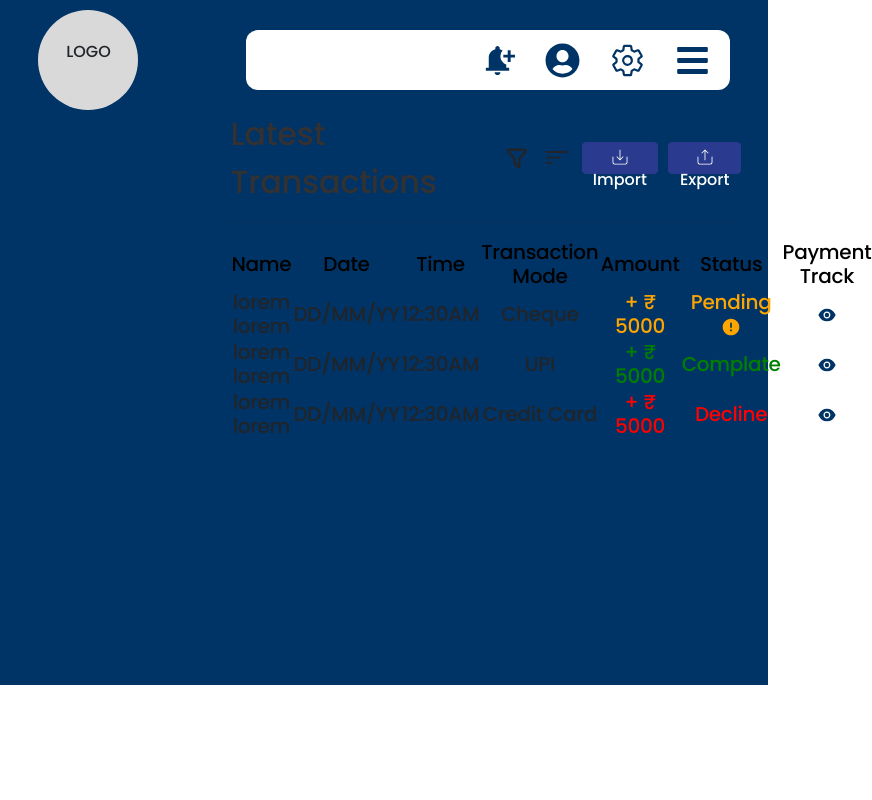
Repository: FlyweisReact/Prashant
Page: /dashboard
These files come from the project's save history. The page is drawn as it stood at one moment and after the next save; the edit follows.
The browser window is 768 px wide. The page is 872 px wide, so the pictures cover 872 px, including what lies to the right of the window. The pictures show the whole page.
Some web libraries are served in a nearby version. The project was rebuilt for these pictures with package versions that can differ from the ones it lists, and the page was loaded fresh each time. Also part of the build but not shown: src/Pages/CryptoPayment.jsx, src/Pages/CurrentCharge.jsx, src/Styles/Login.module.css, src/Components/Login/LoginFirstSection.jsx, src/Components/Login/LoginMainSection.jsx, src/Pages/Login.jsx, src/Pages/MatureFund.jsx, src/Pages/OpenBanking.jsx and 12 more.

Above is the page before, as saved 2023-03-23 18:29:42.

### public/index.html
<!DOCTYPE html>
<html lang="en">
  <head>
    <meta charset="utf-8" />
    <link rel="icon" href="%PUBLIC_URL%/favicon.ico" />
    <meta name="viewport" content="width=device-width, initial-scale=1" />
    <meta name="theme-color" content="#000000" />
    <meta
      name="description"
      content="Web site created using create-react-app"
    />
    <link rel="apple-touch-icon" href="%PUBLIC_URL%/logo192.png" />
    <link rel="manifest" href="%PUBLIC_URL%/manifest.json" />
    <title>React App</title>
  </head>
  <body>
    <noscript>You need to enable JavaScript to run this app.</noscript>
    <div id="root"></div>
  </body>
  <style>
    @import url("https://fonts.googleapis.com/css2?family=Lilita+One&family=PT+Sans&family=Poppins:wght@500&display=swap");
  </style>
  <script src="https://kit.fontawesome.com/b533b351e4.js" crossorigin="anonymous"></script>
</html>

### src/Routes/AllRoutes.jsx
import React from "react";
import { Route, Routes } from "react-router-dom";
import { CryptoPayment } from "../Pages/CryptoPayment";
import { CurrentCharge } from "../Pages/CurrentCharge";
import { Dashboard } from "../Pages/Dashboard";
import { Login } from "../Pages/Login";
import { MatureFund } from "../Pages/MatureFund";
import { OpenBanking } from "../Pages/OpenBanking";
import { OtpPage } from "../Pages/OtpPage";
import { Profile } from "../Pages/Profile";
import { RefundRequest } from "../Pages/RefundRequest";
import { Register } from "../Pages/Register";
import { RegisterTwo } from "../Pages/RegisterTwo";
import { RollingReserve } from "../Pages/RollingReserve";

export const AllRoutes = () => {
  return (
    <Routes>
      <Route path="/" element={<Login />} />
      <Route path="/verify-otp" element={<OtpPage />} />
      <Route path="/dashboard" element={<Dashboard />} />
      <Route path="/register" element={<Register />} />
      <Route path="/detail-register" element={<RegisterTwo />} />
      <Route path="/profile" element={<Profile />} />
      <Route path="/rolling-reserve" element={<RollingReserve />} />
      <Route path="/mature-fund" element={<MatureFund />} />
      <Route path="/refund-request" element={<RefundRequest />} />
      <Route path="/current-charge" element={<CurrentCharge />} />
      <Route path="open-banking-service" element={<OpenBanking />} />
      <Route path="/crypto-payment-proccessing" element={<CryptoPayment />} />
    </Routes>
  );
};

### src/Components/SideBar.jsx
import React from "react";
import { AiFillHome } from "react-icons/ai";
import { Link, useLocation } from "react-router-dom";
import styles from "../Styles/SideBar.module.css";
export const SideBar = () => {
  const { pathname } = useLocation();
  return (
    <div className={styles.SideBarMain}>
      <h1>Welcome Back</h1>
      <div>
        <div>
          <img
            src="https://th.bing.com/th/id/OIP.2i5UaEHaQM3PYAYXQyM1AAAAAA?pid=ImgDet&rs=1"
            alt="img"
          />
          <h1>Pooja Sharma</h1>
          <p>ID:#202031232</p>
          <div className={styles.TotalBudgetDiv}>
            <h1>&#x20b9;</h1>
            <h1>10000</h1>
          </div>
          <p>Monthly Budget</p>
        </div>
      </div>
      <div className={styles.LinkBox}>
        <Link to={"/dashboard"}>
          <div
            className={
              pathname === "/dashboard" ? styles.active : styles.unactive
            }
          >
            <AiFillHome size={25} />
            <p>Dashboard</p>
          </div>
        </Link>
        <Link to={"/rolling-reserve"}>
          <div
            className={
              pathname === "/rolling-reserve" ? styles.active : styles.unactive
            }
          >
            <p>Rolling Reserve</p>
          </div>
        </Link>
        <Link to={"/mature-fund"}>
          <div
            className={
              pathname === "/mature-fund" ? styles.active : styles.unactive
            }
          >
            <p>Mature Funds</p>
          </div>
        </Link>
        <Link to={"/refund-request"}>
          <div
            className={
              pathname === "/refund-request" ? styles.active : styles.unactive
            }
          >
            <p>Refund Request</p>
          </div>
        </Link>
        <Link to={"/current-charge"}>
          <div
            className={
              pathname === "/current-charge" ? styles.active : styles.unactive
            }
          >
            <p>Current Charge Back</p>
          </div>
        </Link>
      </div>
    </div>
  );
};

### src/Components/TotalAmountSection.jsx
import React from "react";
import styles from "../Styles/TotalAmountSection.module.css";
export const TotalAmountSection = () => {
  return (
    <div className={styles.MainDiv}>
      <h1>Total Processed Amount:</h1>
      <div className={styles.TotalBudgetDiv}>
        <h1>&#x20b9;</h1>
        <h1>10000</h1>
      </div>
      <h1>Last Settlement Date & Amount</h1>
      <div className={styles.DateSection}>
        <div>
          <p>DD/MM/YYYY</p>
          <h2>&#x20b9;{20000}</h2>
        </div>
      </div>
    </div>
  );
};

### src/Styles/Dashboard.module.css
/** @format */

.Main {
  width: 100%;
  height: 685px;
  background: #003466;
  position: relative;
}
.topDiv {
  width: 90%;
  margin: auto;
}
.logoSection {
  width: 100%;
  display: flex;
  align-items: center;
  justify-content: space-between;
}
.Logo {
  display: flex;
  cursor: pointer;
  justify-content: center;
  align-items: center;
  width: 135px;
  height: 135px;
  margin-top: 63px;
  background: #d9d9d9;
  border-radius: 50%;
}

.InfoPanel {
  margin-top: 63px;
  width: 85%;
  height: 129px;
  background: #ffffff;
  border-radius: 12px;
  display: flex;
  justify-content: flex-end;
  align-items: center;
}
.InfoPanel > div {
  display: flex;
  gap: 30px;
  margin: 20px;
}
.TotalAmountMainDiv {
  width: 100%;
  height: 500px;
  display: flex;
  justify-content: flex-end;
}
.TotalAmountMainDiv > div > p {
  font-family: "Poppins";
  font-style: normal;
  font-weight: 500;
  font-size: 38px;
  line-height: 60px;
  /* identical to box height */
  margin-top: 10px;
  letter-spacing: -0.28px;
  color: #ffffff;
}
.TotalAmountMainDiv > div {
  width: 72%;
  margin-top: 50px;
}
.TotalAmountMainDiv > div > div > p,
.TotalAmountMainDiv > div > div > div > p {
  font-family: "Poppins";
  font-style: normal;
  font-weight: 500;
  font-size: 32px;
  line-height: 48px;
  /* identical to box height */
  margin: 0;
  letter-spacing: -0.28px;

  color: #ffffff;
}
.TotalAmountMainDiv > div > div {
  display: flex;
  gap: 30px;
}
.TotalAmountMainDiv > div > div > div {
  display: flex;
  align-items: center;
  gap: 10px;
}
.TableMainSection {
  display: flex;
  justify-content: flex-end;
}
.TableMainSection > div {
  width: 70%;
}
.TableMainSection > div > div {
  width: 95%;
}
.TableTitle {
  display: flex;
  align-items: center;
  justify-content: space-between;
}
.TableTitle > h1 {
  font-family: "Poppins";
  font-style: normal;
  font-weight: 500;
  font-size: 32px;
  line-height: 48px;
  /* identical to box height */
  margin: 0;
  letter-spacing: -0.28px;

  color: #333131;
}
.TableTitle > div {
  display: flex;
  align-items: center;
  gap: 10px;
}
.TableTitle > div > button {
  /* width: 80px; */
  height: 32px;
  background: #2a3a8f;
  border: 1px solid #2a3a8f;
  border-radius: 4px;
  color: white;
  font-family: "Poppins";
  font-style: normal;
  font-weight: 400;
  font-size: 16px;
  cursor: pointer;
  line-height: 24px;
  /* margin: 0; */
}
.TableDiv {
  width: 100%;
}
.TableDiv > table {
  width: 100%;
}
.TableDiv > table tr th {
  text-align: center;

  font-family: "Poppins";
  font-style: normal;
  font-weight: 500;
  font-size: 20px;
  line-height: 24px;
  letter-spacing: -0.28px;

  color: #000000;
}
.TableDiv > table tr td {
  height: 40px;
  text-align: center;
  font-family: "Poppins";
  font-style: normal;
  font-weight: 400;
  font-size: 20px;
  line-height: 24px;
  letter-spacing: -0.28px;

  /* color: #272727; */
}
.pending {
  color: orange;
}
.decline {
  color: red;
}
.complate {
  color: green;
}
.NextLink {
  display: flex;
  justify-content: flex-end;
}
.NextLink > a {
  font-family: "Poppins";
  font-style: normal;
  font-weight: 600;
  font-size: 24px;
  line-height: 30px;
  /* identical to box height */
  margin-top: 10px;
  letter-spacing: -0.28px;
  text-decoration-line: underline;

  color: #003466;
}


@media (max-width: 780px) {
  .Logo {
    width: 100px;
    height: 100px;
    margin-top: 10px;
  }
  .InfoPanel{
    margin-top: 10px;
    width: 70%;
    height: 60px;
  }
  .TotalAmountMainDiv{
    display: none;
  }
}

### src/Components/CardProccessingModal.jsx
import React from "react";
import { MdOutlineClose } from "react-icons/md";
import { Link } from "react-router-dom";
import styles from "../Styles/CardProccessingModal.module.css";
export const CardProccessingModal = ({ OpenModal, HandleModal }) => {
  console.log(OpenModal);
  return (
    <div className={OpenModal ? styles.modalVisible : styles.modal}>
      <div className={styles.ModalMainDiv}>
        <MdOutlineClose
          onClick={() => HandleModal()}
          size={25}
          className={styles.CloseICon}
        />
        <div>
          <Link to={""}>Credit Card Processing</Link>
          <hr />
          <Link to={"/open-banking-service"}>Open Banking Service</Link>
          <hr />
          <Link to={"/crypto-payment-proccessing"}>
            Crypto payment processing
          </Link>
        </div>
      </div>
    </div>
  );
};

### src/Components/DeclineModal.jsx
import React from "react";
import { MdOutlineClose } from "react-icons/md";
import styles from "../Styles/DeclineModal.module.css";
import { IoMdCheckmarkCircle } from "react-icons/io";
import { RiErrorWarningFill } from "react-icons/ri";
import { BsCircleFill } from "react-icons/bs";
export const DeclineModal = ({ OpenModal, HandleModal }) => {
  return (
    <div className={OpenModal ? styles.modalVisible : styles.modal}>
      <div className={styles.ModalMainDiv}>
        <MdOutlineClose
          onClick={() => HandleModal()}
          size={25}
          className={styles.CloseICon}
        />
        <div>
          <h1>Payment Details</h1>
          <hr style={{ height: "4px", background: "white" }} />
          <div className={styles.paymentDetailMainDiv}>
            <div className={styles.PaymentDetails}>
              <div>
                <p>Transaction ID:</p>
                <p>545454545</p>
              </div>
              <div>
                <p>To:</p>
                <p>Loren loren Epsom ( Company Name)</p>
              </div>
              <div>
                <p>From:</p>
                <p>Loren loren Epsom (Merchant Company)</p>
              </div>
              <div>
                <p>Transaction Mode:</p>
                <p>Card</p>
              </div>
            </div>
            <div className={styles.paymentTimeline}>
              <p>Payment Timeline</p>
              <div>
                <div className={styles.VerticalLine}></div>
                <div className={styles.PaymentStatus}>
                  <IoMdCheckmarkCircle
                    size={25}
                    className={styles.Icons}
                    color="green"
                  />
                  <p>Payment Started</p>
                </div>
                <div className={styles.PaymentStatus}>
                  <RiErrorWarningFill
                    size={25}
                    className={styles.Icons}
                    color="red"
                  />
                  <p>Payment Failed To complete</p>
                </div>
                <div className={styles.PaymentStatus}>
                  <BsCircleFill
                    size={25}
                    className={styles.Icons}
                    color="white"
                  />
                  <p>Payment Successful</p>
                </div>
              </div>
              <hr />
              <div className={styles.ReasonsDiv}>
                <p>Reason:</p>
                <p> Account Coded (Credit Rating) </p>
              </div>
              <div className={styles.ReasonsDiv}>
                <p>Code:</p>
                <p> 505 </p>
              </div>
              <div className={styles.ReasonsDiv}>
                <p>Description:</p>
                <p>
                  {" "}
                  The account the customer used for the attempted transaction
                  has a negative credit rating.{" "}
                </p>
              </div>
            </div>
          </div>
        </div>
      </div>
    </div>
  );
};

### src/Styles/SideBar.module.css
.SideBarMain{
    position: absolute;
    width: 314px;
/* height: 789px; */
left: 25%px;
top: 35%;
background: #FFFFFF;
border: 1px solid #D9D9D9;
box-shadow: 0px 0px 4px rgba(0, 0, 0, 0.25);
border-radius: 12px;
padding: 10px;
}
.SideBarMain>h1{
    text-align: center;
    font-family: 'Poppins';
font-style: normal;
font-weight: 700;
font-size: 32px;
margin-top: 5px;
letter-spacing: -0.28px;
}
.SideBarMain>div{
    width: 100%;
    display: flex;
    align-items: center;
    justify-content: center;
}
.SideBarMain>div>div{
    text-align: center;
}
.SideBarMain>div>div>img{
    width: 120px;
height: 121px;
    border-radius: 50%;
}
.SideBarMain>div>div>h1{
    font-family: 'Poppins';
font-style: normal;
font-weight: 500;
font-size: 24px;
letter-spacing: -0.28px;
}
.SideBarMain>div>div>p{
    font-family: 'Poppins';
font-style: normal;
margin-top: -10px;
font-weight: 300;
font-size: 20px;
line-height: 30px;
letter-spacing: -0.28px;
color: rgba(0, 0, 0, 0.5);
}
.TotalBudgetDiv{
    display: flex;
    align-items: center;
    gap: 20px;
    margin: 15px;
}
.TotalBudgetDiv>h1:first-child{
    font-family: 'Poppins';
font-style: normal;
font-weight: 700;
font-size: 48px;
line-height: 72px;
letter-spacing: -0.28px;
}
.TotalBudgetDiv>h1{
    font-family: 'Poppins';
    font-style: normal;
    font-weight: 500;
    font-size: 48px;
    line-height: 72px;
    margin: 0;
    letter-spacing: -0.28px;
}
.LinkBox{
    display: flex;
    flex-direction: column;
    margin-top: 20px;
}
.LinkBox>a{
    text-decoration: none;
}
.active{
    width: 250px;
    height: 65px;
    padding-left: 10px;
    padding-right: 10px;
    background: #003466;
    box-shadow: 0px 0px 32px 4px rgba(0, 52, 102, 0.25);
    border-radius: 12px;
    display: flex;
    color: white;
    justify-content: center;
    align-items: center;
    gap: 5px;

}
.unactive{
    width: 250px;
    height: 65px;
    display: flex;

    color:#003466;
    justify-content: center;
    align-items: center;
    gap: 5px;
}
.unactive,.active >p{
    font-family: 'Poppins';
font-style: normal;
font-weight: 500;
font-size: 24px;
line-height: 36px;
letter-spacing: -0.28px;
}

@media (max-width:780px) {
    .SideBarMain{
        display: none;
    }

}

### src/Styles/TotalAmountSection.module.css
.MainDiv{
    display:flex;
    flex-direction: column;
    margin-top: 20px;
    width: 72%;
height: 286px;
background: #FFFFFF;
box-shadow: 0px 0px 10px rgba(0, 52, 102, 0.3);
border-radius: 12px;
}
.MainDiv>h1{
    font-family: 'Poppins';
    font-style: normal;
    font-weight: 500;
    font-size: 32px;
    line-height: 48px;
    letter-spacing: -0.28px;
    color: #333131;
    margin: 20px;
}
.TotalBudgetDiv{
    display: flex;
    align-items: center;
    gap: 30px;
    margin-left: 20px;
  margin-top: -30px;
  margin-bottom: -40px;
}
.TotalBudgetDiv>h1:first-child{
    font-family: 'Poppins';
font-style: normal;
font-weight: 700;
margin: 0;
font-size: 50px;
line-height: 72px;
letter-spacing: -0.28px;
color: #003466;
}
.TotalBudgetDiv>h1{
    font-family: 'Poppins';
    font-style: normal;
    font-weight: 500;
    font-size: 48px;
    line-height: 72px;
    margin: 0;
    letter-spacing: -0.28px;
    color: #003466;
}
.DateSection>div{
    width: 80%;
    margin-top: -50px;
    /* background-color: rebeccapurple; */
    display: flex;
    justify-content: space-between;
    align-items: center;
    margin-left: 20px;
}
.DateSection>div>p{
   font-family: 'Poppins';
font-style: normal;
font-weight: 500;
font-size: 38px;
line-height: 60px;
/* identical to box height */
margin: 0;
letter-spacing: -0.28px;
color: #333131;
}
.DateSection>div>h2{
    margin: 0;
    font-family: 'Poppins';
font-style: normal;
font-weight: 600;
font-size: 38px;
line-height: 60px;
letter-spacing: -0.28px;
color: #003466;
}

### src/Styles/CardProccessingModal.module.css
.modal{
    display: none;
  position: fixed;
  z-index: 1;
  left: 0%;
  top: 0;
  width: 100%;
  height: 100%;
  overflow: auto;
  background-color: rgb(0,0,0);
  background-color: rgba(0,0,0,0.4);
}
.modalVisible{
    display :block;
    position: fixed;
    z-index: 1;
    left: 0%;
    top: 0;
    width: 100%;
    height: 100%;
    /* margin-bottom: 20px; */
    overflow: auto;
    background-color: rgb(0,0,0);
    background-color: rgba(0,0,0,0.4);
}
.CloseICon{
    position: absolute;
    right: 3%;
    top: 5%;
    cursor: pointer;
}
.MainTitle{
    display: flex;
    border: 1px solid blue;
}
.ModalMainDiv{
    position:absolute;
    margin: auto;
    /* width: 435px; */
height: 221px;
background: #FFFFFF;
border-radius: 4px;

    top: 38%;
    left: 60%;

}
.ModalMainDiv>div{
    margin: 30px;
}
.ModalMainDiv>div>a{
    text-decoration: none;
    height: 50px;
    font-family: 'Poppins';
font-style: normal;
font-weight: 500;
font-size: 32px;
line-height: 40px;
letter-spacing: -0.28px;

color: #333333;
}

### src/Styles/PaymentPendingModal.module.css
.modal{
    display: none;
  position: fixed;
  z-index: 1;
  left: 0%;
  top: 0;
  width: 100%;
  height: 100%;
  overflow: auto;
  background-color: rgb(0,0,0);
  background-color: rgba(0,0,0,0.4);
}
.modalVisible{
    display :block;
    position: fixed;
    z-index: 1;
    left: 0%;
    top: 0;
    width: 100%;
    height: 100%;
    /* margin-bottom: 20px; */
    overflow: auto;
    background-color: rgb(0,0,0);
    background-color: rgba(0,0,0,0.4);
}
.CloseICon{
    position: absolute;
    right: 3%;
    top: 3%;
    cursor: pointer;
    color: white;
}
.MainTitle{
    display: flex;
    border: 1px solid blue;
}
.ModalMainDiv{
    position:absolute;
    margin: auto;
width: 980px;
/* height: 681px; */
left: 20%;
top: 8%;

background: #003466;


}
.ModalMainDiv>div{
    margin: 30px;
}
.ModalMainDiv>div>h1{
    font-family: 'Poppins';
    font-style: normal;
    font-weight: 600;
    font-size: 24px;
    line-height: 29px;
    letter-spacing: -0.28px;
    color: #FFFFFF;
}
.paymentDetailMainDiv{
    display: flex;
    gap: 20px;
    margin-top: 20px;
}
.paymentDetailMainDiv>div:first-child{
    width: 50%;
/* height: 426px; */
background: #FFFFFF;
border: 1px solid #D9D9D9;
box-shadow: 0px 0px 4px rgba(0, 0, 0, 0.25);
border-radius: 20px;
}
.paymentDetailMainDiv>div{
    width: 50%;
}

.PaymentDetails>div{
    margin:20px;
    margin-top: 0;
    margin-bottom: 30px;
}

.PaymentDetails>div>p{
    font-family: 'Poppins';
font-style: normal;
margin: 10;
font-weight: 500;
font-size: 20px;
line-height: 24px;
letter-spacing: -0.28px;
color: #003466;
}
.PaymentDetails>div>p:first-child{
    font-weight: 600;
}
.paymentTimeline>p{
    font-family: 'Poppins';
    font-style: normal;
    font-weight: 500;
    font-size: 20px;
    line-height: 24px;
    letter-spacing: -0.28px;
    margin: 0;
    color: #FFFFFF;
}
.paymentTimeline>div{
    position: relative;
}
.PaymentStatus{
    display: flex;
    align-items: center;
    gap: 20px;
}
.PaymentStatus>p{
    font-family: 'Poppins';
font-style: normal;
font-weight: 400;
font-size: 20px;
line-height: 24px;
letter-spacing: -0.28px;
margin-left: 40px;
color: #FFFFFF;
}
.VerticalLine{
    position: absolute;
    border-left:2px dotted white;
    left:3%;
    top: 18%;
    height:130px;
}
.Icons{
    position: absolute;
    left: 0;
}
.ReasonsDiv{
    display: flex;
    gap: 30px;
    margin: 10px;
}

.ReasonsDiv>p:first-child{
    width: 30%;
    font-family: 'Poppins';
    font-style: normal;
    font-weight: 500;
    font-size: 20px;
    line-height: 24px;
    letter-spacing: -0.28px;

    color: #FFFFFF;
    margin: 0;
}
.ReasonsDiv>p:last-child{
    width: 70%;
    font-family: 'Poppins';
    font-style: normal;
    font-weight: 400;
    font-size: 20px;
    line-height: 24px;
    letter-spacing: -0.28px;
    margin: 0;
    color: #FFFFFF;
}
.Note{
    margin-top: 20px;
    width: 128px;
    display: flex;
    justify-content: center;
    align-items: center;
height: 38px;
background: #FFFFFF;
border-radius: 19px;
font-family: 'Poppins';
font-style: normal;
font-weight: 600;
font-size: 24px;
line-height: 29px;
/* identical to box height */

letter-spacing: -0.28px;

color: #003466;

}
.NotesPara{
    width: 100%;
    font-family: 'Poppins';
font-style: normal;
font-weight: 500;
font-size: 19px;
line-height: 24px;
letter-spacing: -0.28px;
color: #FFFFFF;
}

### src/Styles/DeclineModal.module.css
.modal{
    display: none;
  position: fixed;
  z-index: 1;
  left: 0%;
  top: 0;
  width: 100%;
  height: 100%;
  overflow: auto;
  background-color: rgb(0,0,0);
  background-color: rgba(0,0,0,0.4);
}
.modalVisible{
    display :block;
    position: fixed;
    z-index: 1;
    left: 0%;
    top: 0;
    width: 100%;
    height: 100%;
    /* margin-bottom: 20px; */
    overflow: auto;
    background-color: rgb(0,0,0);
    background-color: rgba(0,0,0,0.4);
}
.CloseICon{
    position: absolute;
    right: 3%;
    top: 3%;
    cursor: pointer;
    color: white;
}
.MainTitle{
    display: flex;
    border: 1px solid blue;
}
.ModalMainDiv{
    position:absolute;
    margin: auto;
width: 980px;

left: 20%;
top: 8%;

background: #003466;


}
.ModalMainDiv>div{
    margin: 30px;
}
.ModalMainDiv>div>h1{
    font-family: 'Poppins';
    font-style: normal;
    font-weight: 600;
    font-size: 24px;
    line-height: 29px;
    letter-spacing: -0.28px;
    color: #FFFFFF;
}
.paymentDetailMainDiv{
    display: flex;
    gap: 20px;
    margin-top: 20px;
}
.paymentDetailMainDiv>div:first-child{
    width: 50%;
/* height: 426px; */
background: #FFFFFF;
border: 1px solid #D9D9D9;
box-shadow: 0px 0px 4px rgba(0, 0, 0, 0.25);
border-radius: 20px;
}
.paymentDetailMainDiv>div{
    width: 50%;
}

.PaymentDetails>div{
    margin:20px;
    margin-top: 0;
    margin-bottom: 30px;
}

.PaymentDetails>div>p{
    font-family: 'Poppins';
font-style: normal;
margin: 10;
font-weight: 500;
font-size: 20px;
line-height: 24px;
letter-spacing: -0.28px;
color: #003466;
}
.PaymentDetails>div>p:first-child{
    font-weight: 600;
}
.paymentTimeline>p{
    font-family: 'Poppins';
    font-style: normal;
    font-weight: 500;
    font-size: 20px;
    line-height: 24px;
    letter-spacing: -0.28px;
    margin: 0;
    color: #FFFFFF;
}
.paymentTimeline>div{
    position: relative;
}
.PaymentStatus{
    display: flex;
    align-items: center;
    gap: 20px;
}
.PaymentStatus>p{
    font-family: 'Poppins';
font-style: normal;
font-weight: 400;
font-size: 20px;
line-height: 24px;
letter-spacing: -0.28px;
margin-left: 40px;
color: #FFFFFF;
}
.VerticalLine{
    position: absolute;
    border-left:2px dotted white;
    left:3%;
    top: 18%;
    height:130px;
}
.Icons{
    position: absolute;
    left: 0;
}
.ReasonsDiv{
    display: flex;
    gap: 30px;
    margin: 10px;
}

.ReasonsDiv>p:first-child{
    width: 30%;
    font-family: 'Poppins';
    font-style: normal;
    font-weight: 500;
    font-size: 20px;
    line-height: 24px;
    letter-spacing: -0.28px;

    color: #FFFFFF;
    margin: 0;
}
.ReasonsDiv>p:last-child{
    width: 70%;
    font-family: 'Poppins';
    font-style: normal;
    font-weight: 400;
    font-size: 20px;
    line-height: 24px;
    letter-spacing: -0.28px;
    margin: 0;
    color: #FFFFFF;
}
.Note{
    margin-top: 20px;
    width: 128px;
    display: flex;
    justify-content: center;
    align-items: center;
height: 38px;
background: #FFFFFF;
border-radius: 19px;
font-family: 'Poppins';
font-style: normal;
font-weight: 600;
font-size: 24px;
line-height: 29px;
/* identical to box height */

letter-spacing: -0.28px;

color: #003466;

}
.NotesPara{
    width: 100%;
    font-family: 'Poppins';
font-style: normal;
font-weight: 500;
font-size: 19px;
line-height: 24px;
letter-spacing: -0.28px;
color: #FFFFFF;
}

Loaded but not shown: src/index.css (common file); src/reportWebVitals.js (common file); src/index.js (18 lines, source omitted); src/App.js (13 lines, source omitted); src/Components/Dashboard/UserInfoPopUp.jsx (216 lines, source omitted); src/Pages/Dashboard.jsx (184 lines, source omitted); src/App.css (328 lines, source omitted); src/Components/PaymentPendingModal.jsx (96 lines, source omitted)

After the next save:
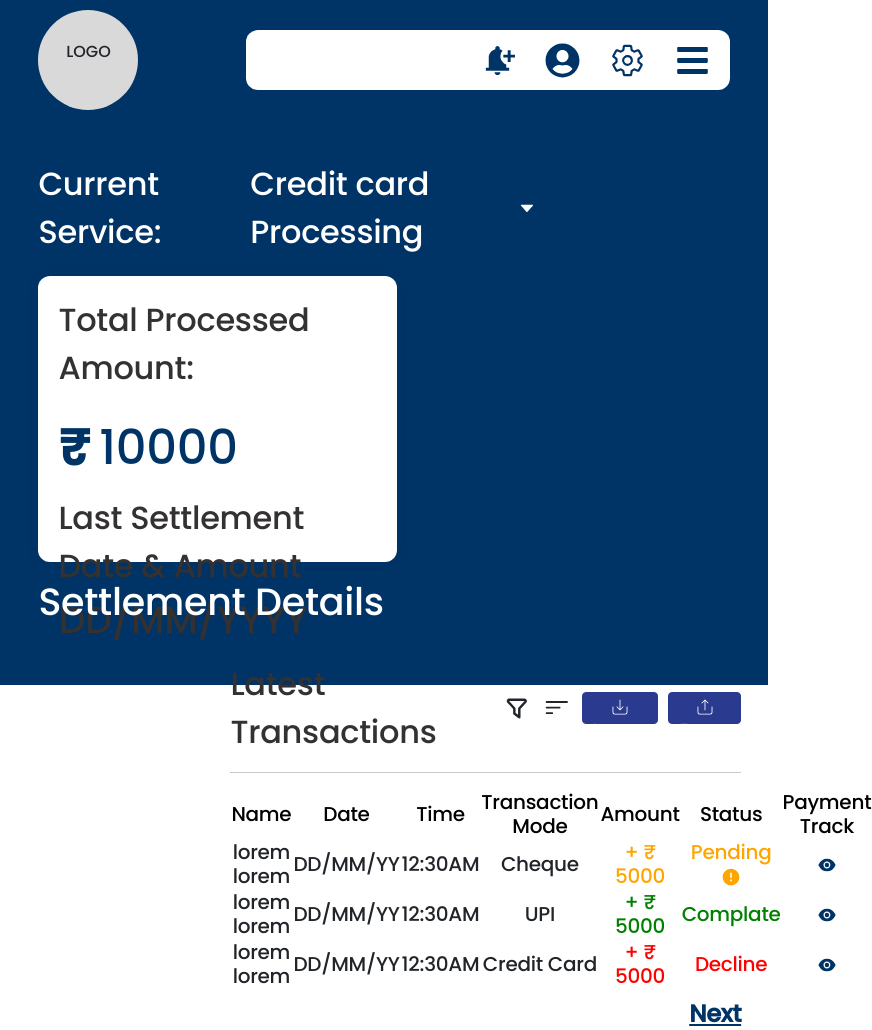
Saved 12 s later.
--- a/src/Styles/Dashboard.module.css
+++ b/src/Styles/Dashboard.module.css
@@ -203,6 +203,6 @@
     height: 60px;
   }
   .TotalAmountMainDiv{
-    display: none;
+    display: block;
   }
 }
